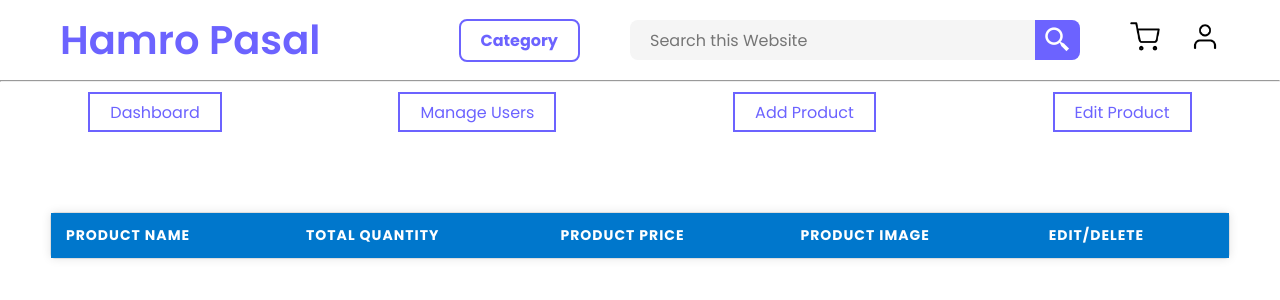
Repository: SuyogSky/Cloth-Shop
Page: http://localhost/HamroPasal/manageproducts
The author's editor kept a copy of each file at every save. The page is drawn from the files as they stood at one save, then again after the next save.
The browser window is 1280 px wide. The pictures show the whole page.
Some web fonts or font styles are not loaded; a fallback is used. Some web libraries are served in a nearby version. The page is served by Tomcat 9. Other server files are loaded and not shown. Queries for data that is not in the repository find no rows.

Above is the page before, as saved 2023-06-02 04:41:04.

### HamroPasal/src/main/webapp/View/ManageProduct.jsp
<%@ page language="java" contentType="text/html; charset=ISO-8859-1" pageEncoding="ISO-8859-1" %>
  <%@taglib prefix="c" uri="http://java.sun.com/jsp/jstl/core" %>
      <%@ page import="java.util.Date" %>

    <!DOCTYPE html>
    <html>

    <head>
      <meta charset="UTF-8">
      <title>Insert title here</title>
      <style>
        .product-table {
          border-collapse: separate;
          border-spacing: 0;
          width: 100%;
          margin-top: 20px;
          border: 1px solid #ddd;
          border-radius: 5px;
          box-shadow: 0 0 10px rgba(0, 0, 0, 0.1);
        }

        .product-table th,
        .product-table td {
          padding: 12px 15px;
          text-align: left;
        }

        .product-table th {
          background-color: #0077cc;
          color: #fff;
          text-transform: uppercase;
          font-size: 14px;
          font-weight: 700;
          letter-spacing: 1px;
        }

        .product-table td {
          background-color: #f9f9f9;
          font-size: 14px;
          font-weight: 400;
          color: #555;
          border-top: 1px solid #ddd;
        }

        .product-table tr:hover {
          background-color: #f5f5f5;
        }

        .product-table img {
          max-width: 100px;
          max-height: 100px;
          display: block;
          margin: 0 auto;
        }

        .product-table a {
          color: #0077cc;
          text-decoration: none;
          margin-right: 10px;
        }

        .product-table a:hover {
          text-decoration: underline;
        }

        .product-table tr:nth-child(even) {
          background-color: #f5f5f5;
        }
      </style>
      <link rel="stylesheet" href="https://unpkg.com/boxicons@latest/css/boxicons.min.css">
    <link rel="stylesheet" href="${pageContext.request.contextPath}/View/CSS/navbar.css">
    <link rel="stylesheet" href="${pageContext.request.contextPath}/View/CSS/AddProduct.css">
    <link rel="preconnect" href="https://fonts.googleapis.com">
    <link rel="preconnect" href="https://fonts.gstatic.com" crossorigin>
    <link href="https://fonts.googleapis.com/css2?family=Mochiy+Pop+One&family=Poppins:wght@100;200;300;400;500;600;700;800;900&display=swap" rel="stylesheet">
    <link rel="stylesheet" href="https://cdnjs.cloudflare.com/ajax/libs/font-awesome/6.3.0/css/all.min.css" integrity="sha512-SzlrxWUlpfuzQ+pcUCosxcglQRNAq/DZjVsC0lE40xsADsfeQoEypE+enwcOiGjk/bSuGGKHEyjSoQ1zVisanQ==" crossorigin="anonymous" referrerpolicy="no-referrer" />

    </head>

    <body>
    <header>
        <span class="logo">Hamro&nbsp;Pasal</span>
        <div class="right">
        	<a href="" class="dropbtn section">Category</a>
        	<div class="dropdown-content">
          		<a href="./category?by=price">By Price</a>
          		<a href="./category?by=sale">By Sales</a>
        	</div>

            <script>
    			const select = document.querySelector(".dropbtn")
    			const option = document.querySelector(".dropdown-content")

		    	select.addEventListener("mouseenter", ()=>{
    				option.style.display = "block";
    				option.style.top="80px";
    				option.style.opacity = "1";
    			})
    			option.addEventListener("mouseleave", ()=>{
    				option.style.top="-20%";
    				option.style.opacity = "0";
    			})
			</script>

            <form action="${pageContext.request.contextPath}/search" class="search-bar">
                <input type="text" name = "item-name" class="search-field" placeholder="Search this Website" onclick="searchClicked()">
                <input type="submit" id="search">
                <label for="search"><i class='bx bx-search-alt-2'></i></label>
            </form>
            <script>
            	const searchClicked = ()=>{
            		document.querySelector(".search-result").style.top="70px";
            		document.querySelector(".search-result").style.opacity="1";
            	}
            </script>
            <div class="icons">
                <div class="cart" onclick="cartClicked()">
                    <img src="${pageContext.request.contextPath}/View/Images/shopping-cart.png" alt="">
                </div>
                <div class="profile" onclick="profileClicked()">
                    <img src="${pageContext.request.contextPath}/View/Images/user.png" alt="">
                </div>
            </div>
        </div>
        <div class="profile-section">
        	<div class="top">
                <h1>User Profile</h1>
                <i class='bx bxl-xing' onclick="profileClicked()"></i>
            </div>
        	<% String email = null;
        	if(session.getAttribute("loggedInId") == null){
        	%>
            	<div class="middle">
	                <a href="${pageContext.request.contextPath}/View/AdminLogin.jsp">Login as Admin</a>
                	<a href="${pageContext.request.contextPath}/View/Login.jsp">Login as User</a>
        	<%} else{
        		email = session.getAttribute("loggedInId").toString();
        	%>
        		<h1>You are Logged In as <%= email %></h1>
        		<%if(session.getAttribute("adminEmail") != null){%>
        			<a href="${pageContext.request.contextPath}/index.jsp">Return to Home</a><br/>
        			<a href="${pageContext.request.contextPath}/View/AdminPage.jsp">Admin Page</a><br/>
        		<%}%>

        		<%if(session.getAttribute("adminEmail") == null && session.getAttribute("loggedInId") != null){%>
         			<a href="${pageContext.request.contextPath}/editProfile?email=<%=email%> class="edit-profile-btn">Edit Profile</a><br/>

        		<%}%>

        		<a href="${pageContext.request.contextPath}/logout">Log Out</a>
        	<%} %>
        	</div>
        </div>

        <div class="cart-section">
        	<div class="top">
                <h1>Cart Items</h1>
                <i class='bx bxl-xing' onclick="profileClicked()"></i>
            </div>
        	<div class="middle" id="middle">

            </div>
        	<div class="lower">
        		<span><p class="index">Total Price: </p><p class="total-price"></p></span>
        		<a href="" id = "order" onclick="clicked()">Order Now!</a>
        	</div>
        </div>
        <script>
            const profileClicked = () =>{
                const btn = document.querySelector(".profile")
                const mainDiv = document.querySelector(".profile-section")
                const cross = document.querySelector(".profile-section .top i")
                btn.addEventListener("click", ()=>{
                    mainDiv.classList.add("active");
                })
                cross.addEventListener("click", ()=>{
                    mainDiv.classList.remove("active");
                })
            }

            const cartClicked = () =>{
            	<%if(session.getAttribute("adminEmail") == null && session.getAttribute("loggedInId") != null){ %>
                const btn = document.querySelector(".cart")
                const mainDiv = document.querySelector(".cart-section")
                const cross = document.querySelector(".cart-section .top i")
                btn.addEventListener("click", ()=>{
                    mainDiv.classList.add("active");
                })
                cross.addEventListener("click", ()=>{
                    mainDiv.classList.remove("active");
                })


                let cartDisplay = document.getElementById("middle");
				let totalPriceDisp = document.querySelector(".lower .total-price");
                // Create an empty string to store the HTML content
                let cartHtml = "";
				let totalPrice = 0;
                // Loop through the cart object and generate HTML for each item
                cartItems.forEach((item) => {
                  cartHtml += `
                	<div class="item">
  						<img src=/HamroPasal/Images/`+item.image+`?v=${time}/>
  						<span>
  							<h3>`+item.name+`</h3>
	  						<p>Price: Rs. `+item.price+`</p>
	  					</span>
  					</div>
                  `;
                  totalPrice += parseInt(item.price);
                })


                // Set the innerHTML of the cart display element to the generated HTML content
                cartDisplay.innerHTML = cartHtml;
                totalPriceDisp.innerText = totalPrice;
                <%}else{%>
                	window.location.href = "./View/Login.jsp"
                <%}%>

            }

        </script>
    </header>
    <hr>
    <section class="admin-header" style="margin:10px 0">
    	    	<a href="${pageContext.request.contextPath}/View/AdminPage.jsp">Dashboard</a>
    	<a href="${pageContext.request.contextPath}/manageusers">Manage Users</a>
    	<a href="${pageContext.request.contextPath}/View/AddProduct.jsp">Add Product</a>
    	<a href="${pageContext.request.contextPath}/manageproducts">Edit Product</a>
    </section>
      <div style="padding:50px;">
        <table class="product-table">
          <tr>
            <th>Product Name</th>
            <th>Total Quantity</th>
            <th>Product Price</th>
            <th>Product Image</th>
            <th>Edit/Delete</th>
          </tr>
          <c:forEach var="st" items="${productList}">
            <tr>
              <td>${st.productName}</td>
              <td>${st.productQuantity}</td>
              <td>${st.productPrice}</td>
              <td><img src="Images/${st.productImagePath}" alt="Images/${st.productImagePath}" height="100px" width="100px"></td>
              <td>
                <div style="margin:10px;">
                  <a href="${pageContext.request.contextPath}/editproducts?id=${st.id}">Edit</a>
                </div>
                <div style="margin:10px;">
                  <a href="${pageContext.request.contextPath}/deleteproducts?id=${st.id}">Delete</a>
                </div>
              </td>
            </tr>
          </c:forEach>

        </table>
      </div>
      <script>

      </script>
    </body>

    </html>

### HamroPasal/src/main/java/controller/ManageProduct.java
package controller;

import java.io.IOException;
import java.util.ArrayList;

import javax.servlet.RequestDispatcher;
import javax.servlet.ServletException;
import javax.servlet.annotation.WebServlet;
import javax.servlet.http.HttpServlet;
import javax.servlet.http.HttpServletRequest;
import javax.servlet.http.HttpServletResponse;

import model.DbConnection;
import model.Product;

/**
 * Servlet implementation class ViewProducts
 */
@WebServlet("/manageproducts")
public class ManageProduct extends HttpServlet {
	private static final long serialVersionUID = 1L;


	public void service(HttpServletRequest request, HttpServletResponse response) throws ServletException, IOException {

		ArrayList<Product> product = null;

		product=new DbConnection().fetchProducts();
		request.setAttribute("productList",product);
		RequestDispatcher rd = request.getRequestDispatcher("View/ManageProduct.jsp");
		rd.forward(request, response);

	}


}

### HamroPasal/src/main/webapp/View/CSS/navbar.css
@charset "ISO-8859-1";@charset "ISO-8859-1";
*{
    margin: 0;
    padding: 0;
    box-sizing: border-box;
    font-family: 'Poppins', sans-serif;
}
:root{
    --mainColor: #6c63FF;
}
header{
    width: 100%;
    height: 80px;
    display: flex;
    align-items: center;
    justify-content: space-between;
    padding: 0 60px;
}
.logo{
    font-size: 40px;
    font-weight: 600;
    color: var(--mainColor);
}

/* Dropdown Button */
.dropbtn {
	border: 2px solid var(--mainColor);
    color: var(--mainColor);
    font-weight: 700;
    border-radius: 8px;
    padding: 7px 20px;
    outline: none;
    cursor: pointer;
    text-decoration: none;
}
/* Dropdown button on hover & focus */
.dropbtn:hover,
.dropbtn:focus {
  background-color: var(--mainColor);
  color: white;
}

/* The container <div> - needed to position the dropdown content */
.dropdown {
  position: relative;
  display: inline-block;
}

/* Dropdown Content (Hidden by Default) */
.dropdown-content {

  position: absolute;
  top: 0px;
  z-index: 1;
  background-color: #f9f9f9;
  min-width: 160px;
  box-shadow: 0px 8px 16px 0px rgba(0, 0, 0, 0.2);
  top: -20%;
  opacity: 0;
  transition: all 0.5s ease;
}

/* Links inside the dropdown */
.dropdown-content a {
  color: #333;
  padding: 12px 16px;
  text-decoration: none;
  display: block;
}
/* Change color of dropdown links on hover */
.dropdown-content a:hover {
  background-color: #f1f1f1;
}

.search-bar{
    border: none;
    outline: none;
    height: 40px;
    width: 450px;
    border-radius: 8px;
    background-color: #F5F5F5;
    display: flex;
    align-items: center;
    justify-content: space-between;
    overflow: hidden;
}
.search-field{
    border: none;
    outline: none;
    height: 100%;
    width: 100%;
    overflow: hidden;
    background: transparent;
    padding: 0 20px;
    font-size: 16px;
}
input[type="submit"]{
    display: none;
}
.search-bar label{
    width: 50px;
    height: 100%;
    display: flex;
    align-items: center;
    justify-content: center;
    font-size: 30px;
    color: white;
    background-color: var(--mainColor);
    cursor: pointer;
}
.cart img, .profile img{
    width: 30px;
    cursor: pointer;
}
.right{
    display: flex;
    height: 100%;
    align-items: center;
    gap: 50px;
}
.icons{
    height: 100%;
    display: flex;
    align-items: center;
    gap: 30px;
}

.profile-section{
	height: 100vh;
	width: 350px;
	position: fixed;
    right: -100%;
    top: 0;
    background-color: rgb(225, 225, 225);
    padding: 0 30px;
    transition: all 0.7s ease;
}
.profile-section .top{
    display: flex;
    align-items: center;
    justify-content: space-between;
    padding: 15px 0;
    color: var(--mainColor);
}
.profile-section .top h1{
    font-size: 24px;
}
.profile-section .top i{
    font-size: 30px;
    cursor: pointer;
}
.profile-section .middle{
    padding: 20px;
    margin-top: 40px;
    display: flex;
    flex-direction: column;
    align-items: center;
    justify-content: center;
    gap: 20px;
}
.profile-section .middle h1{
	font-size: 12px;
}
.profile-section .middle a, edit-profile-btn{
    width: 100%;
    border: 2px solid var(--mainColor);
    display: flex;
    align-items: center;
    justify-content: center;
    padding: 10px 0;
    text-decoration: none;
    color: var(--mainColor);
}
.profile-section .middle a:hover{
    background-color: var(--mainColor);
    color: white;
}
.profile-section.active{
    right: 0;
}

.cart-section{
	height: 100vh;
	width: 350px;
	position: fixed;
    right: -100%;
    top: 0;
    background-color: rgb(225, 225, 225);
    padding: 0 30px;
    transition: all 0.7s ease;
}
.cart-section .top{
    display: flex;
    align-items: center;
    justify-content: space-between;
    padding: 15px 0;
    color: var(--mainColor);
}
.cart-section .top h1{
    font-size: 24px;
}
.cart-section .top i{
    font-size: 30px;
    cursor: pointer;
}
.cart-section .middle{
    display: flex;
    flex-direction: column;
    align-items: center;
    gap: 20px;
    height: 70%;
    overflow-y: auto;
    margin-bottom: 10px;
}
.middle .item{
	width: 100%;
	display: flex;
	align-items: center;
	background: rgba(0,0,0,0.05);
	padding: 10px;
	border-radius: 8px;
}
.middle .item img{
	width: 70px;
	height: 70px;
	margin-right: 20px;
}
.lower{
	width: 100%;
}
.lower span{
	display: flex;
	gap: 20px;
	font-weight: 600;
	font-weight: 18px;
}
.lower .index{
	color: var(--mainColor);
}
.lower a{
	display: flex;
	align-items: center;
	justify-content: center;
	width: 100%;
	height: 40px;
	background: var(--mainColor);
	border: none;
	border: 2px solid #8c2de2 0;
	text-decoration: none;
	color: white;
	font-weight: semi-bold;
	font-size: 18px;
	outline: none;
	margin-top: 5px;
}
.cart-section.active{
    right: 0;
}


.search-result{
    display: flex;
    flex-direction: column;
    align-items: center;
    width: 420px;
    overflow-y: auto;
    margin-bottom: 10px;
    position: absolute;
    top: -60%;
    right: 220px;
    background: rgba(255, 255, 255, 0.3);
    padding: 20px;
    transition: all 0.5s ease;
    opacity: 0;
}
.search-result .item{
	width: 100%;
	display: flex;
	align-items: center;
	background: rgba(255,255,255,0.5);
	padding: 10px;
	border-radius: 8px;
	margin: 10px 0;
}
.search-result .item img{
	width: 70px;
	height: 70px;
	margin-right: 20px;
}
.search-result.active{
	opacity: 1;
	top: 70px;
}
.search-head{
	width: 100%;
	display: flex;
	align-items: center;
	justify-content: space-between;
	padding: 0 30px;
	color: black;
	font-weight: 900;
	font-size: 20px;
}

### HamroPasal/src/main/webapp/View/CSS/AddProduct.css
*{
    margin: 0;
    padding: 0;
    box-sizing: border-box;
    font-family: 'Poppins', sans-serif;
}
:root{
    --mainColor: #6c63FF;
}
.admin-header{
	width: 100%;
    height: 40px;
	display: flex;
	justify-content: space-around;
}
.admin-header a{
	border: 2px solid var(--mainColor);
	padding: 10px 20px;
	display: flex;
	align-items: center;
	justify-content: center;
	color: var(--mainColor);
	text-decoration: none;
}

.add-product-form{
    width: 100%;
    height: calc(100vh - 120px);
    position: absolute;
    padding: 20px 30px;
}
.add-product-form form{
    background-color: rgba(0,0,0,0.05);
    width: 100%;
    height: 100%;
    border-radius: 10px;
    padding: 20px 30px;
    display: flex;
    justify-content: space-around;
    align-items: center;
    flex-direction: column;
}
.top{
    display: flex;
    gap: 100px;
}
.left2{
    display: flex;
    gap: 30px;
    flex-direction: column;
}
.left2 label{
    font-size: 18px;
}
.left2 input{
    width: 250px;
    height: 40px;
    border-radius: 5px;
    border: none;
    outline: none;
    padding: 0 10px;
}
.right2{
    display: flex;
    flex-direction: column;
    gap: 20px;
}
.img-section{
    width: 250px;
    height: 250px;
    border: 1px dashed black;
}
.img-section img{
	width: 100%;
	height: 100%;
}
.bottom{
    display: flex;
    gap: 60px;
}
.bottom button,.bottom a{
    border: none;
    outline: none;
    font-size: 18px;
    text-decoration: none;
    border-radius: 5px;
    cursot: pointer;
}
.bottom button{
    padding: 10px 40px;
    background-color: var(--mainColor);
}
.bottom a{
    padding: 10px 60px;
    background-color: rgba(255, 0, 0, 0.479);
    color: white;
}

Loaded but not shown: HamroPasal/src/main/java/model/DbConnection.java (585 lines, source omitted)

After the next save:
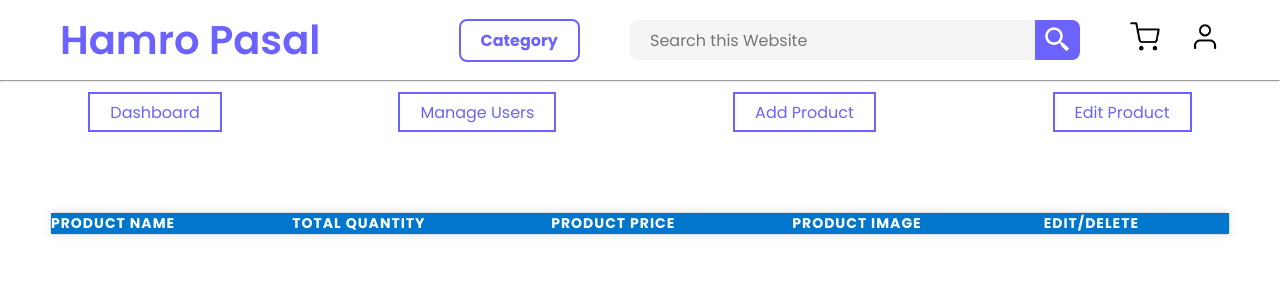
Saved 17 s later.
--- a/HamroPasal/src/main/webapp/View/ManageProduct.jsp
+++ b/HamroPasal/src/main/webapp/View/ManageProduct.jsp
@@ -21,7 +21,6 @@
 
         .product-table th,
         .product-table td {
-          padding: 12px 15px;
           text-align: left;
         }
 

After the 2 saves that followed:
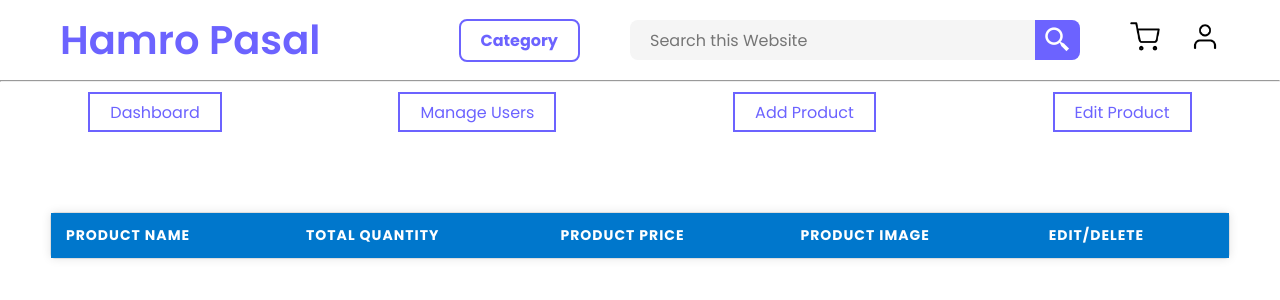
The 2 saves are shown as one change because they came seconds apart.
The last was saved 10 s later.
--- a/HamroPasal/src/main/webapp/View/ManageProduct.jsp
+++ b/HamroPasal/src/main/webapp/View/ManageProduct.jsp
@@ -21,6 +21,7 @@
 
         .product-table th,
         .product-table td {
+          padding: 12px 15px;
           text-align: left;
         }
 
